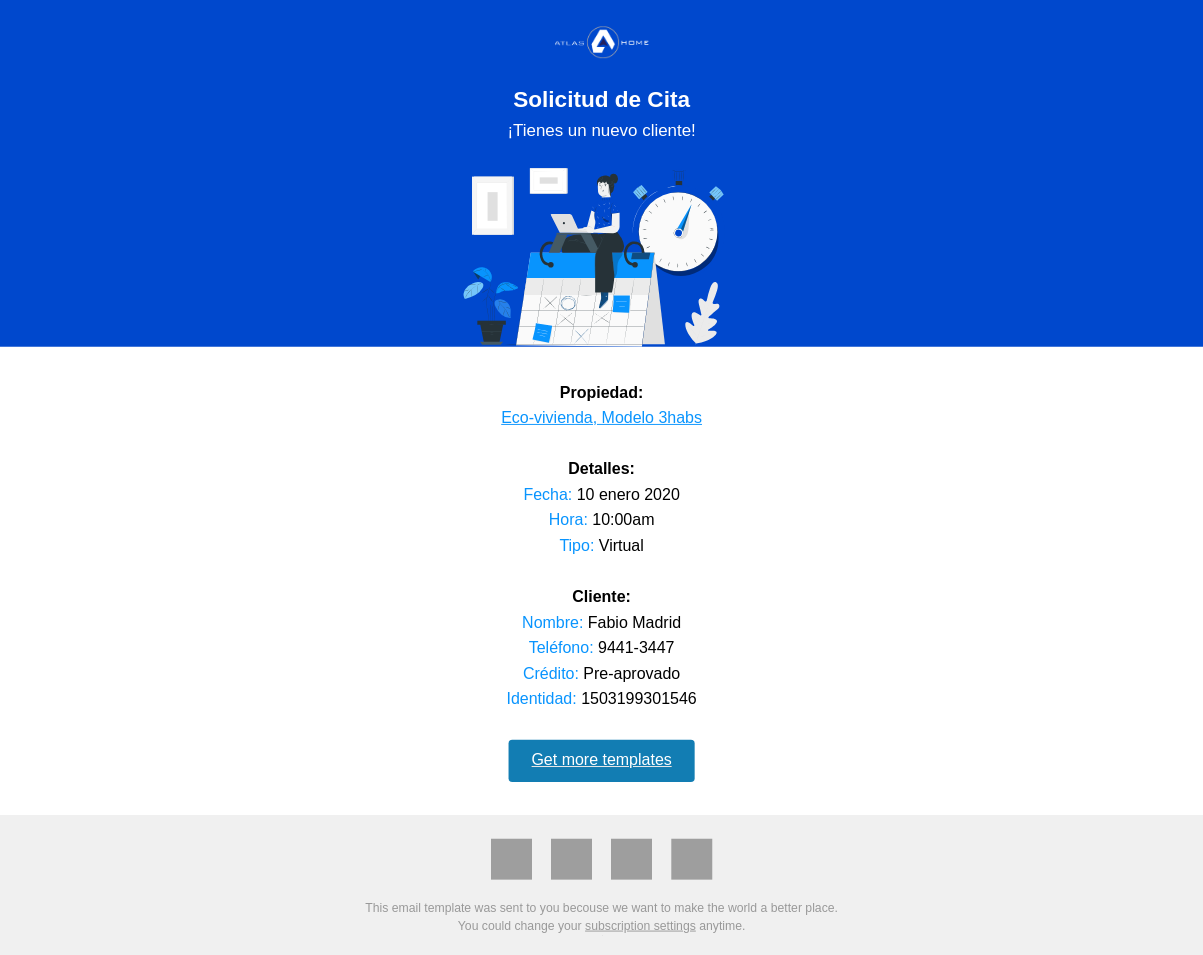
Repository: FabioMadrid/atlas_code
Page: correo_cita_vendedor.html
These files come from the project's save history. The page is drawn as it stood at one moment and after the next save; the edit follows.
The browser window is 1280 px wide. The pictures show the whole page, at 94% of full size.
Pictures or frames that could not be fetched are drawn as grey boxes.

Above is the page before, as saved 2021-01-14 16:48:56.

### correo_cita_vendedor.html
<html xmlns="http://www.w3.org/1999/xhtml">
<head>
	<meta http-equiv="content-type" content="text/html; charset=utf-8">
  	<meta name="viewport" content="width=device-width, initial-scale=1.0;">
 	<meta name="format-detection" content="telephone=no"/>

	<style>
/* Reset styles */
    body {
        margin: 0; padding: 0; min-width: 100%; width: 100% !important; height: 100% !important;
        }
    body, table, td, div, p, a {
        -webkit-font-smoothing: antialiased; text-size-adjust: 100%; -ms-text-size-adjust: 100%;
        -webkit-text-size-adjust: 100%; line-height: 100%;
        }
    table, td {
         mso-table-lspace: 0pt; mso-table-rspace: 0pt;
         border-collapse: collapse !important; border-spacing: 0; }
    img {
        border: 0; line-height: 100%; outline: none; text-decoration: none;
        -ms-interpolation-mode: bicubic;
        }
    #outlook a { padding: 0; }
    .ReadMsgBody { width: 100%; }
    .ExternalClass { width: 100%; }
    .ExternalClass, .ExternalClass p, .ExternalClass span, .ExternalClass font, .E
    xternalClass td, .ExternalClass div {
        line-height: 100%;
        }

/* Extra floater space for advanced mail clients only */
@media all and (max-width: 600px) {
	.floater { width: 320px; }
}

/* Set color for auto links (addresses, dates, etc.) */
a, a:hover {
	color: #127DB3;
}
.footer a, .footer a:hover {
	color: #999999;
}

 	</style>

	<!-- MESSAGE SUBJECT -->
	<title>Cita Confirmada</title>

</head>

<!-- BODY -->
<!-- Set message background color (twice) and text color (twice) -->
<body topmargin="0" rightmargin="0" bottommargin="0" leftmargin="0" marginwidth="0" marginheight="0" width="100%" style="border-collapse: collapse; border-spacing: 0; margin: 0; padding: 0; width: 100%; height: 100%; -webkit-font-smoothing: antialiased; text-size-adjust: 100%; -ms-text-size-adjust: 100%; -webkit-text-size-adjust: 100%; line-height: 100%;
	background-color: #FFFFFF;
	color: #000000;"
	bgcolor="#FFFFFF"
	text="#000000">

<!-- SECTION / BACKGROUND -->
<!-- Set section background color -->
<table width="100%" align="center" border="0" cellpadding="0" cellspacing="0" style="border-collapse: collapse; border-spacing: 0; margin: 0; padding: 0; width: 100%;" class="background"><tr><td align="center" valign="top" style="border-collapse: collapse; border-spacing: 0; margin: 0; padding: 0;"
	bgcolor="#0048CD">

<!-- WRAPPER -->
<!-- Set wrapper width (twice) -->
<table border="0" cellpadding="0" cellspacing="0" align="center"
	width="600" style="border-collapse: collapse; border-spacing: 0; padding: 0; width: inherit;
	max-width: 600px;" class="wrapper">

	<tr>
		<td align="center" valign="top" style="border-collapse: collapse; border-spacing: 0; margin: 0; padding: 0; padding-left: 6.25%; padding-right: 6.25%; width: 87.5%;
			padding-top: 20px;">

			<!-- PREHEADER -->
			<!-- Set text color to background color -->
			<div style="display: none; visibility: hidden; overflow: hidden; opacity: 0; font-size: 1px; line-height: 1px; height: 0; max-height: 0; max-width: 0;
			color: #FFFFFF;" class="preheader">
				Available on&nbsp;GitHub and&nbsp;CodePen. holis aqui va un texto</div>

			<!-- LOGO -->
			<!-- Image text color should be opposite to background color. Set your url, image src, alt and title. Alt text should fit the image size. Real image size should be x2. URL format: http://domain.com/?utm_source={{Campaign-Source}}&utm_medium=email&utm_content=logo&utm_campaign={{Campaign-Name}} -->
			<a target="_blank" style="text-decoration: none;"
				href="https://github.com/konsav/email-templates/"><img border="0" vspace="0" hspace="0"
				src="./svg/logo_alargado_blanco.svg"
				width="100" height="50"
				alt="Logo" title="Logo" style="
				color: #000000;
				font-size: 10px; margin: 0; padding: 0; outline: none; text-decoration: none; -ms-interpolation-mode: bicubic; border: none; display: block;" /></a>

		</td>
	</tr>

	<!-- HEADER -->
	<!-- Set text color and font family ("sans-serif" or "Georgia, serif") -->
	<tr>
		<td align="center" valign="top" style="border-collapse: collapse; border-spacing: 0; margin: 0; padding: 0; padding-left: 6.25%; padding-right: 6.25%; width: 87.5%; font-size: 24px; font-weight: bold; line-height: 130%;
			padding-top: 20px;
			color: #FFFFFF;
			font-family: sans-serif;" class="header">
				Solicitud de Cita
		</td>
	</tr>

	<!-- SUBHEADER -->
	<!-- Set text color and font family ("sans-serif" or "Georgia, serif") -->
	<tr>
		<td align="center" valign="top" style="border-collapse: collapse; border-spacing: 0; margin: 0; padding: 0; padding-bottom: 3px; padding-left: 6.25%; padding-right: 6.25%; width: 87.5%; font-size: 18px; font-weight: 300; line-height: 150%;
			padding-top: 5px;
			color: #FFFFFF;
			font-family: sans-serif;" class="subheader">
				¡Tienes un nuevo cliente!
		</td>
	</tr>

	<!-- HERO IMAGE -->
	<!-- Image text color should be opposite to background color. Set your url, image src, alt and title. Alt text should fit the image size. Real image size should be x2 (wrapper x2). Do not set height for flexible images (including "auto"). URL format: http://domain.com/?utm_source={{Campaign-Source}}&utm_medium=email&utm_content={{Ìmage-Name}}&utm_campaign={{Campaign-Name}} -->
	<tr>
		<td align="center" valign="top" style="border-collapse: collapse; border-spacing: 0; margin: 0; padding: 0;
			padding-top: 20px;" class="hero"><a target="_blank" style="text-decoration: none;"
			href="#"><img border="0" vspace="0" hspace="0"
			src="./svg/calendario_mujer.svg"
			alt="favor activa imagenes para ver este contenido" title="Hero Image"
			width="530" style="
			width: 88.33%;
			max-width: 530px;
			color: #FFFFFF; font-size: 13px; margin: 0; padding: 0; outline: none; text-decoration: none; -ms-interpolation-mode: bicubic; border: none; display: block;"/></a></td>
	</tr>


<!-- End of WRAPPER -->
</table>

<!-- SECTION / BACKGROUND -->
<!-- Set section background color -->
</td></tr><tr><td align="center" valign="top" style="border-collapse: collapse; border-spacing: 0; margin: 0; padding: 0;
	padding-top: 5px;"
	bgcolor="#FFFFFF">

<!-- WRAPPER -->
<!-- Set conteiner background color -->
<table border="0" cellpadding="0" cellspacing="0" align="center"
	width="600" style="border-collapse: collapse; border-spacing: 0; padding: 0; width: inherit;
	max-width: 600px;">

	<!-- FLOATERS -->
	<!-- Floaters (left align tables) need extra 10px spacing in a line (Outlook fix). Floater table width = (wrapper width / 2) - 10px. Set text color and font family ("sans-serif" or "Georgia, serif"). Duplicate all text styles in links, including line-height. Image text color should be opposite to background color. Set your url, image src, alt and title. Alt text should fit the image size. Real image size should be x2. Do not set height for flexible images (including "auto"). URL format: http://domain.com/?utm_source={{Campaign-Source}}&utm_medium=email&utm_content={{Ìmage-Name}}&utm_campaign={{Campaign-Name}} -->
	<tr>
        <td align="center" valign="top" style="border-collapse: collapse; border-spacing: 0; margin: 0; padding: 0; padding-left: 10px; padding-right: 10px;" class="floaters">
        <table width="280" border="0" cellpadding="0" cellspacing="0" align="left" valign="top" style="border-collapse: collapse; mso-table-lspace: 0pt; mso-table-rspace: 0pt; border-spacing: 0; margin: 0; padding: 0; display: inline-table; float: none;" class="floater">
        <tr>
            <td align="center" valign="top" style="border-collapse: collapse; border-spacing: 0; margin: 0; padding: 0; padding-left: 15px; padding-right: 15px; font-size: 17px; font-weight: 400; line-height: 160%;
			padding-top: 30px;
			font-family: sans-serif;
            color: #000000;">
            <b>Propiedad:</b> <br>

            <a target="_blank" style="text-decoration: underline;
			font-size: 17px; line-height: 160%; color: #0894FE;"
            href="https://atlashome.hn/vistaCondominio/14">Eco-vivienda, Modelo 3habs</b></a> <br>
            <br>
            <b>Detalles:</b> <br>

            <span style="color:#0894FE;"> Fecha: </span> <span>10 enero 2020</span> <br>
            <span style="color:#0894FE;"> Hora: </span> <span>10:00am</span> <br>
            <span style="color:#0894FE;"> Tipo: </span> <span>Virtual</span> <br>
            <br>
            <b>Cliente:</b> <br>
            <span style="color:#0894FE;"> Nombre: </span> <span>Fabio Madrid</span> <br>
            <span style="color:#0894FE;"> Teléfono: </span> <span>9441-3447</span> <br>
            <span style="color:#0894FE;"> Crédito: </span> <span>Pre-aprovado</span> <br>
            <span style="color:#0894FE;"> Identidad: </span> <span>1503199301546</span> <br>

        </td>
    </tr>
    </table>


	<!-- BUTTON -->
	<!-- Set button background color at TD, link/text color at A and TD, font family ("sans-serif" or "Georgia, serif") at TD. For verification codes add "letter-spacing: 5px;". Link format: http://domain.com/?utm_source={{Campaign-Source}}&utm_medium=email&utm_content={{Button-Name}}&utm_campaign={{Campaign-Name}} -->
 	<tr>
		<td align="center" valign="top" style="border-collapse: collapse; border-spacing: 0; margin: 0; padding: 0; padding-left: 6.25%; padding-right: 6.25%; width: 87.5%;
			padding-top: 30px;
			padding-bottom: 35px;" class="button"><a
			href="https://github.com/konsav/email-templates/" target="_blank" style="text-decoration: underline;">
				<table border="0" cellpadding="0" cellspacing="0" align="center" style="max-width: 240px; min-width: 120px; border-collapse: collapse; border-spacing: 0; padding: 0;"><tr><td align="center" valign="middle" style="padding: 12px 24px; margin: 0; text-decoration: underline; border-collapse: collapse; border-spacing: 0; border-radius: 4px; -webkit-border-radius: 4px; -moz-border-radius: 4px; -khtml-border-radius: 4px;"
					bgcolor="#127DB3"><a target="_blank" style="text-decoration: underline;
					color: #FFFFFF; font-family: sans-serif; font-size: 17px; font-weight: 400; line-height: 120%;"
					href="https://github.com/konsav/email-templates/">
						Get more templates
					</a>
			</td></tr></table></a>
		</td>
	</tr>

<!-- End of WRAPPER -->
</table>

<!-- SECTION / BACKGROUND -->
<!-- Set section background color -->
</td></tr><tr><td align="center" valign="top" style="border-collapse: collapse; border-spacing: 0; margin: 0; padding: 0;"
	bgcolor="#F0F0F0">

<!-- WRAPPER -->
<!-- Set wrapper width (twice) -->
<table border="0" cellpadding="0" cellspacing="0" align="center"
	width="600" style="border-collapse: collapse; border-spacing: 0; padding: 0; width: inherit;
	max-width: 600px;" class="wrapper">

	<!-- SOCIAL NETWORKS -->
	<!-- Image text color should be opposite to background color. Set your url, image src, alt and title. Alt text should fit the image size. Real image size should be x2 -->
	<tr>
		<td align="center" valign="top" style="border-collapse: collapse; border-spacing: 0; margin: 0; padding: 0; padding-left: 6.25%; padding-right: 6.25%; width: 87.5%;
			padding-top: 25px;" class="social-icons"><table
			width="256" border="0" cellpadding="0" cellspacing="0" align="center" style="border-collapse: collapse; border-spacing: 0; padding: 0;">
			<tr>

				<!-- ICON 1 -->
				<td align="center" valign="middle" style="margin: 0; padding: 0; padding-left: 10px; padding-right: 10px; border-collapse: collapse; border-spacing: 0;"><a target="_blank"
					href="https://raw.githubusercontent.com/konsav/email-templates/"
				style="text-decoration: none;"><img border="0" vspace="0" hspace="0" style="padding: 0; margin: 0; outline: none; text-decoration: none; -ms-interpolation-mode: bicubic; border: none; display: inline-block;
					color: #000000;"
					alt="F" title="Facebook"
					width="44" height="44"
					src="https://raw.githubusercontent.com/konsav/email-templates/master/images/social-icons/facebook.png"></a></td>

				<!-- ICON 2 -->
				<td align="center" valign="middle" style="margin: 0; padding: 0; padding-left: 10px; padding-right: 10px; border-collapse: collapse; border-spacing: 0;"><a target="_blank"
					href="https://raw.githubusercontent.com/konsav/email-templates/"
				style="text-decoration: none;"><img border="0" vspace="0" hspace="0" style="padding: 0; margin: 0; outline: none; text-decoration: none; -ms-interpolation-mode: bicubic; border: none; display: inline-block;
					color: #000000;"
					alt="T" title="Twitter"
					width="44" height="44"
					src="https://raw.githubusercontent.com/konsav/email-templates/master/images/social-icons/twitter.png"></a></td>

				<!-- ICON 3 -->
				<td align="center" valign="middle" style="margin: 0; padding: 0; padding-left: 10px; padding-right: 10px; border-collapse: collapse; border-spacing: 0;"><a target="_blank"
					href="https://raw.githubusercontent.com/konsav/email-templates/"
				style="text-decoration: none;"><img border="0" vspace="0" hspace="0" style="padding: 0; margin: 0; outline: none; text-decoration: none; -ms-interpolation-mode: bicubic; border: none; display: inline-block;
					color: #000000;"
					alt="G" title="Google Plus"
					width="44" height="44"
					src="https://raw.githubusercontent.com/konsav/email-templates/master/images/social-icons/googleplus.png"></a></td>

				<!-- ICON 4 -->
				<td align="center" valign="middle" style="margin: 0; padding: 0; padding-left: 10px; padding-right: 10px; border-collapse: collapse; border-spacing: 0;"><a target="_blank"
					href="https://raw.githubusercontent.com/konsav/email-templates/"
				style="text-decoration: none;"><img border="0" vspace="0" hspace="0" style="padding: 0; margin: 0; outline: none; text-decoration: none; -ms-interpolation-mode: bicubic; border: none; display: inline-block;
					color: #000000;"
					alt="I" title="Instagram"
					width="44" height="44"
					src="https://raw.githubusercontent.com/konsav/email-templates/master/images/social-icons/instagram.png"></a></td>

			</tr>
			</table>
		</td>
	</tr>

	<!-- FOOTER -->
	<!-- Set text color and font family ("sans-serif" or "Georgia, serif"). Duplicate all text styles in links, including line-height -->
	<tr>
		<td align="center" valign="top" style="border-collapse: collapse; border-spacing: 0; margin: 0; padding: 0; padding-left: 6.25%; padding-right: 6.25%; width: 87.5%; font-size: 13px; font-weight: 400; line-height: 150%;
			padding-top: 20px;
			padding-bottom: 20px;
			color: #999999;
			font-family: sans-serif;" class="footer">

				This email template was sent to&nbsp;you becouse we&nbsp;want to&nbsp;make the&nbsp;world a&nbsp;better place.<br/> You&nbsp;could change your <a href="https://github.com/konsav/email-templates/" target="_blank" style="text-decoration: underline; color: #999999; font-family: sans-serif; font-size: 13px; font-weight: 400; line-height: 150%;">subscription settings</a> anytime.

				<!-- ANALYTICS -->
				<!-- https://www.google-analytics.com/collect?v=1&tid={{UA-Tracking-ID}}&cid={{Client-ID}}&t=event&ec=email&ea=open&cs={{Campaign-Source}}&cm=email&cn={{Campaign-Name}} -->
				<img width="1" height="1" border="0" vspace="0" hspace="0" style="margin: 0; padding: 0; outline: none; text-decoration: none; -ms-interpolation-mode: bicubic; border: none; display: block;"
				src="https://raw.githubusercontent.com/konsav/email-templates/master/images/tracker.png" />

		</td>
	</tr>

<!-- End of WRAPPER -->
</table>

<!-- End of SECTION / BACKGROUND -->
</td></tr></table>

</body>
</html>

After the next save:
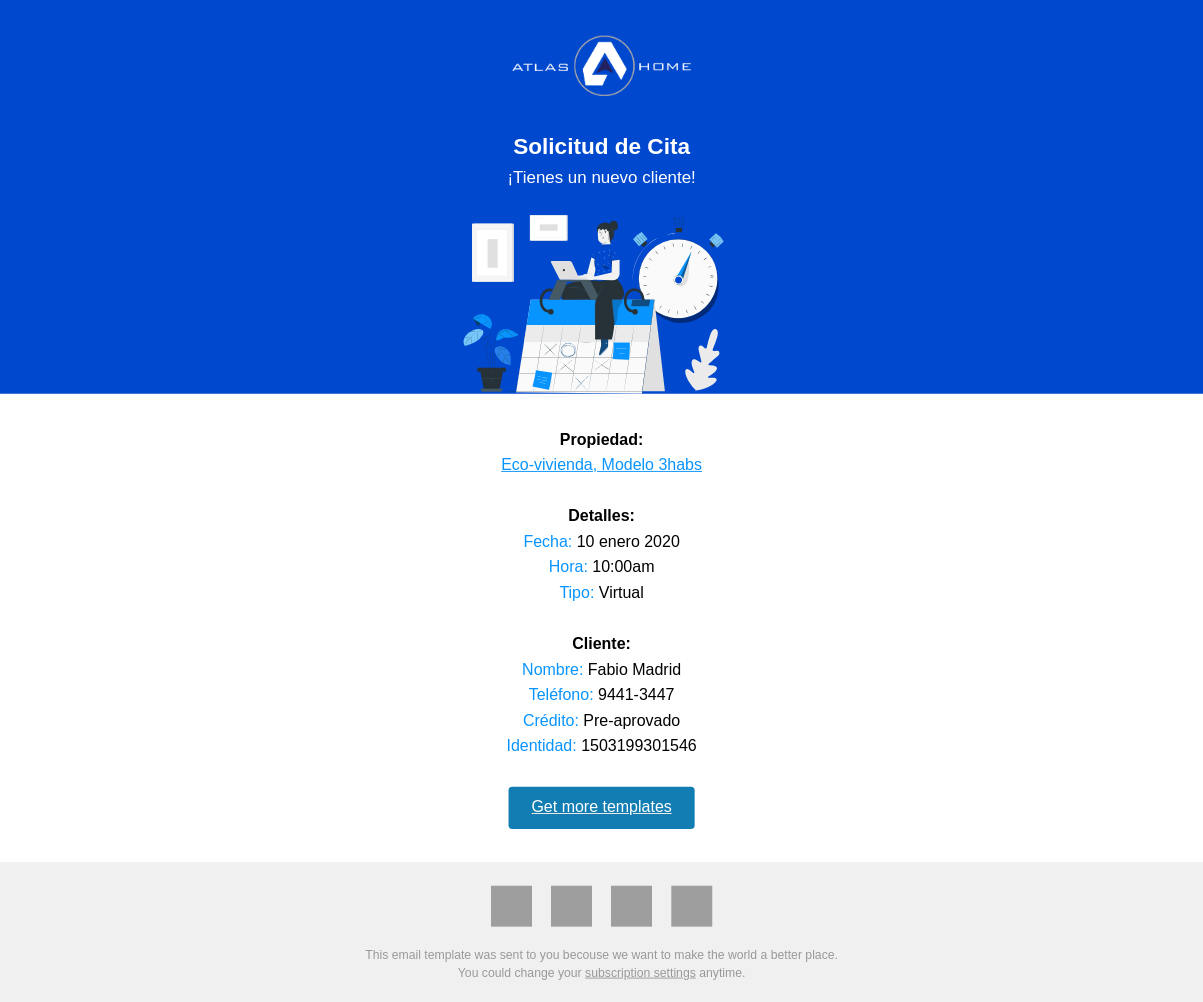
Saved 16 s later.
--- a/correo_cita_vendedor.html
+++ b/correo_cita_vendedor.html
@@ -82,7 +82,7 @@ a, a:hover {
 			<a target="_blank" style="text-decoration: none;"
 				href="https://github.com/konsav/email-templates/"><img border="0" vspace="0" hspace="0"
 				src="./svg/logo_alargado_blanco.svg"
-				width="100" height="50"
+				width="190" height="100"
 				alt="Logo" title="Logo" style="
 				color: #000000;
 				font-size: 10px; margin: 0; padding: 0; outline: none; text-decoration: none; -ms-interpolation-mode: bicubic; border: none; display: block;" /></a>
